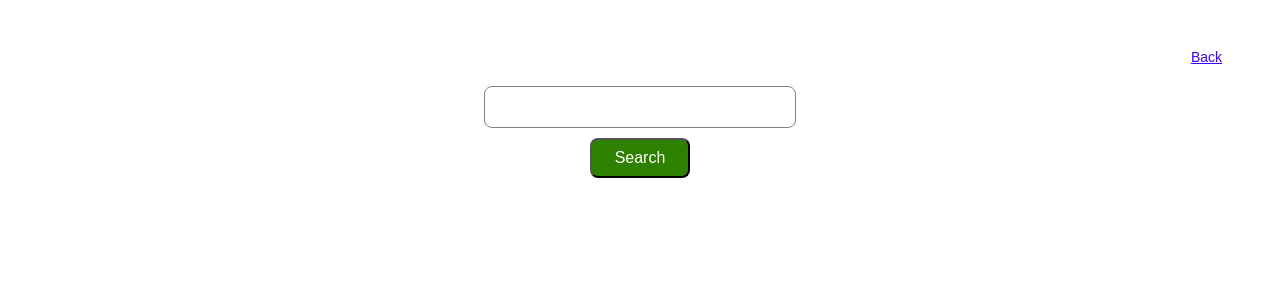
Repository: lyutok/cs50-search-project
Page: image.html
These files come from the project's save history. The page is drawn as it stood at one moment and after the next save; the edit follows.
The browser window is 1280 px wide. The pictures show the whole page.
The style sheet was rebuilt from its Sass, Less or Tailwind sources for each picture, by a compiler version that may differ from the author's.

Above is the page before, as saved 2025-07-07 09:28:50.

After the next save:
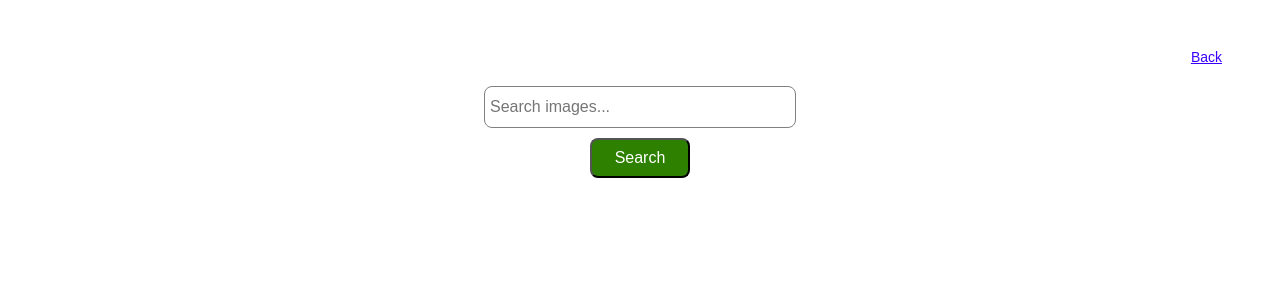
Saved 3 min 31 s later.
--- a/image.html
+++ b/image.html
@@ -10,7 +10,7 @@
         <a href="google.html">Back</a>
     </div>
     <form action="https://www.google.com/search?tbm=isch">
-        <input type="text" name="q">
+        <input type="text" name="q" placeholder="Search images..." required>
         <br>
         <button type="submit">Search</button>
     </form>
